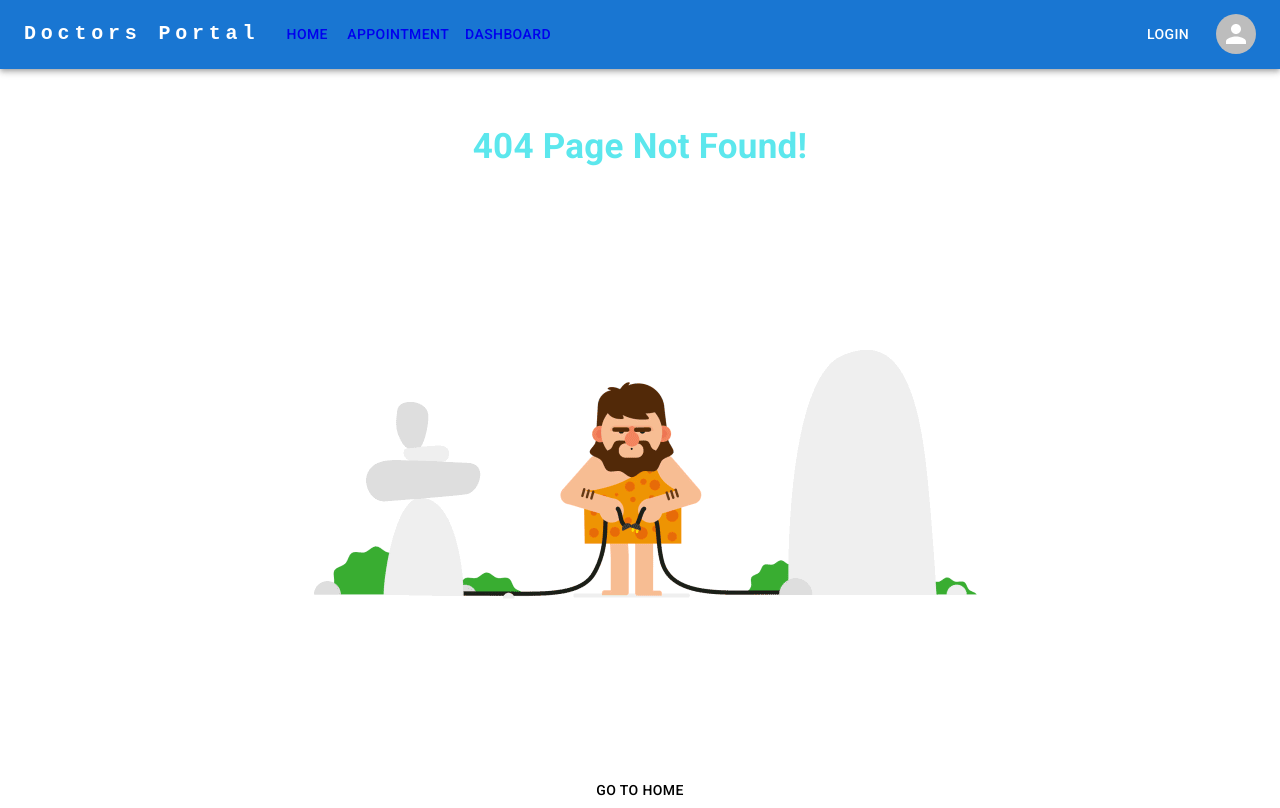
Repository: Sharif-00112/doctors-portal-client
Page: /checkUp
An editor plug-in stored every save of this project. The page is shown before and after the next save, followed by the edit.
The browser window is 1280 px wide. The pictures show the whole page.
The page's requests for data from a server got no answer. The project was rebuilt for these pictures with package versions that can differ from the ones it lists, and the page was loaded fresh each time. No one was signed in, and anything a server would have sent is missing. Also part of the build but not shown: src/Pages/Shared/Footer/Footer.js, src/Pages/Home/AppointmentBanner/AppointmentBanner.js, src/Pages/Home/Banner/Banner.js, src/Pages/Home/Contact/Contact.js, src/Pages/Home/Service/Service.js, src/Pages/Home/Services/Services.js, src/Pages/Home/Story/Story.js, src/Pages/Home/Home/Home.js and 16 more. Imported but missing from the stored project, and not drawn on this page: src/hooks/useTitle.

Above is the page before, as saved 2022-11-25 20:27:36.

### public/index.html
<!DOCTYPE html>
<html lang="en">
  <head>
    <meta charset="utf-8" />
    <link rel="icon" href="%PUBLIC_URL%/favicon.ico" />
    <meta name="viewport" content="width=device-width, initial-scale=1" />
    <meta name="theme-color" content="#000000" />
    <meta
      name="description"
      content="Web site created using create-react-app"
    />
    <link
      rel="stylesheet" href="https://fonts.googleapis.com/css?family=Roboto:300,400,500,700&display=swap"
    />

    <link rel="apple-touch-icon" href="%PUBLIC_URL%/logo192.png" />
    <!--
      manifest.json provides metadata used when your web app is installed on a
      user's mobile device or desktop. See https://developers.google.com/web/fundamentals/web-app-manifest/
    -->
    <link rel="manifest" href="%PUBLIC_URL%/manifest.json" />
    <!--
      Notice the use of %PUBLIC_URL% in the tags above.
      It will be replaced with the URL of the `public` folder during the build.
      Only files inside the `public` folder can be referenced from the HTML.

      Unlike "/favicon.ico" or "favicon.ico", "%PUBLIC_URL%/favicon.ico" will
      work correctly both with client-side routing and a non-root public URL.
      Learn how to configure a non-root public URL by running `npm run build`.
    -->
    <title>React App</title>
  </head>
  <body>
    <noscript>You need to enable JavaScript to run this app.</noscript>
    <div id="root"></div>
    <!--
      This HTML file is a template.
      If you open it directly in the browser, you will see an empty page.

      You can add webfonts, meta tags, or analytics to this file.
      The build step will place the bundled scripts into the <body> tag.

      To begin the development, run `npm start` or `yarn start`.
      To create a production bundle, use `npm run build` or `yarn build`.
    -->
  </body>
</html>

### src/App.js
import './App.css';
import { BrowserRouter as Router, Route, Routes} from 'react-router-dom';
import Home from './Pages/Home/Home/Home';
import Appointment from './Pages/Appointment/Appointment/Appointment';
import Login from './Pages/Login/Login/Login';
import Register from './Pages/Login/Register/Register';
import AuthProvider from './contexts/AuthProvider/AuthProvider';
import PrivateRoute from './Pages/Login/PrivateRoute/PrivateRoute';
import NotFound from './Pages/NotFound/NotFound';
import Dashboard from './Pages/Dashboard/Dashboard/Dashboard';
import ResponsiveNavigation from './Pages/Shared/Navigation/ResponsiveNavigation';
// import Footer from './Pages/Shared/Footer/Footer';

function App() {
  return (
    <div className="App">
      <AuthProvider>
        <Router>
          {/* <Header></Header> */}
          <ResponsiveNavigation></ResponsiveNavigation>
          <Routes>
            <Route exact path = '/' element={<Home/>}/>
            <Route exact path = '/home' element={<Home/>}/>
            <Route exact path = '/login' element={<Login/>}/>
            <Route exact path = '/register' element={<Register/>}/>
            <Route exact path = '/appointment' element = {
              <PrivateRoute>
                <Appointment></Appointment>
              </PrivateRoute>
            }> </Route>
            <Route path = 'dashboard/*' element = {
              <PrivateRoute>
                <Dashboard></Dashboard>
              </PrivateRoute>
            }> </Route>
            <Route path = '*' element={<NotFound/>}/>
          </Routes>
          {/* <Footer></Footer>  */}
        </Router>
      </AuthProvider>
    </div>
  );
}

export default App;

### src/contexts/AuthProvider/AuthProvider.js
import React from 'react';
import { createContext } from 'react';
import useFirebase from '../../hooks/useFirebase';

//step-1-context
export const AuthContext = createContext();

const AuthProvider = (props) => {
    //step-3-context
    const {children} = props;

    //step-5-context
    const allContexts = useFirebase();

    return (
        //step-2-context
        <AuthContext.Provider value={allContexts}>
            {children}
        </AuthContext.Provider>
    );
};

export default AuthProvider;

### src/Pages/NotFound/NotFound.js
import React from 'react';
import Typography from '@mui/material/Typography';
import { NavLink } from 'react-router-dom';
import { Button } from '@mui/material';
import errorIMG from '../../images/images/dribbble_1.gif'

const NotFound = () => {
    return (
        <div>
            <Typography sx={{ mt:7, fontSize: 35, fontWeight: 600 }} style={{color: '#5CE7ED'}} variant="h4" component="div">
                404 Page Not Found!
            </Typography>
            <img src={errorIMG} alt="404 Page Not Found!" />
            <br />
            <NavLink
                // style={{ textDecoration:'none'}}
                to='/'>
                <Button sx={{ color: 'black' }}>
                    Go to Home
                </Button>
            </NavLink>
        </div>
    );
};

export default NotFound;

### src/Pages/Shared/Navigation/ResponsiveNavigation.js
import React from 'react';
import AppBar from '@mui/material/AppBar';
import Box from '@mui/material/Box';
import Toolbar from '@mui/material/Toolbar';
import IconButton from '@mui/material/IconButton';
import Typography from '@mui/material/Typography';
import Menu from '@mui/material/Menu';
import MenuIcon from '@mui/icons-material/Menu';
import Container from '@mui/material/Container';
import Avatar from '@mui/material/Avatar';
import Button from '@mui/material/Button';
import Tooltip from '@mui/material/Tooltip';
import MenuItem from '@mui/material/MenuItem';
import { Link, NavLink } from 'react-router-dom';
// import AdbIcon from '@mui/icons-material/Adb';
import useAuth from '../../../hooks/useAuth';

const pages = [
    <Link
        // style={{ textDecoration:'none', color:'white' }}
        style={{ textDecoration:'none' }}
        to = '/home'>
        {/* <Button color="inherit">Appointment</Button> */}
        Home
    </Link>,
    // 'Products',
    // 'Pricing',
    // 'Blog',
    <Link
        // style={{ textDecoration:'none', color:'white' }}
        style={{ textDecoration:'none' }}
        to = '/appointment'>
        {/* <Button color="inherit">Appointment</Button> */}
        Appointment
    </Link>,
    <Link
        // style={{ textDecoration:'none', color:'white' }}
        style={{ textDecoration:'none' }}
        to = '/dashboard'>
        {/* <Button color="inherit">Appointment</Button> */}
        Dashboard
    </Link>
];
const settings = [
    // 'Profile',
    <Link
        // style={{ textDecoration:'none', color:'white' }}
        style={{ textDecoration:'none' }}
        to = '/login'>
        {/* <Button color="inherit">Appointment</Button> */}
        Profile
    </Link>,
    <Link
        // style={{ textDecoration:'none', color:'white' }}
        style={{ textDecoration:'none' }}
        to = '/dashboard'>
        {/* <Button color="inherit">Appointment</Button> */}
        Dashboard
    </Link>,
    // 'Account',
    // 'Dashboard'
];

const ResponsiveNavigation = () => {
    const { user, logout } = useAuth();

    const [anchorElNav, setAnchorElNav] = React.useState(null);
    const [anchorElUser, setAnchorElUser] = React.useState(null);

    const handleOpenNavMenu = (event) => {
      setAnchorElNav(event.currentTarget);
    };
    const handleOpenUserMenu = (event) => {
      setAnchorElUser(event.currentTarget);
    };

    const handleCloseNavMenu = () => {
      setAnchorElNav(null);
    };

    const handleCloseUserMenu = () => {
      setAnchorElUser(null);
    };

    return (
        <div>
            <AppBar position="static">
                <Container maxWidth="xl">
                    <Toolbar disableGutters>
                    {/* <AdbIcon sx={{ display: { xs: 'none', md: 'flex' }, mr: 1 }} /> */}
                    <Typography
                        variant="h6"
                        noWrap
                        component="a"
                        href="/"
                        sx={{
                        mr: 2,
                        display: { xs: 'none', md: 'flex' },
                        fontFamily: 'monospace',
                        fontWeight: 700,
                        letterSpacing: '.3rem',
                        color: 'inherit',
                        textDecoration: 'none',
                        }}
                    >
                        Doctors Portal
                    </Typography>

                    <Box sx={{ flexGrow: 1, display: { xs: 'flex', md: 'none' } }}>
                        <IconButton
                        size="large"
                        aria-label="account of current user"
                        aria-controls="menu-appbar"
                        aria-haspopup="true"
                        onClick={handleOpenNavMenu}
                        color="inherit"
                        >
                        <MenuIcon />
                        </IconButton>
                        <Menu
                        id="menu-appbar"
                        anchorEl={anchorElNav}
                        anchorOrigin={{
                            vertical: 'bottom',
                            horizontal: 'left',
                        }}
                        keepMounted
                        transformOrigin={{
                            vertical: 'top',
                            horizontal: 'left',
                        }}
                        open={Boolean(anchorElNav)}
                        onClose={handleCloseNavMenu}
                        sx={{
                            display: { xs: 'block', md: 'none' },
                        }}
                        >
                        {pages.map((page) => (
                            <MenuItem key={page} onClick={handleCloseNavMenu}>
                            <Typography textAlign="center">{page}</Typography>
                            </MenuItem>
                        ))}
                        </Menu>
                    </Box>
                    {/* <AdbIcon sx={{ display: { xs: 'flex', md: 'none' }, mr: 1 }} /> */}
                    <Typography
                        variant="h5"
                        noWrap
                        component="a"
                        href=""
                        sx={{
                        mr: 2,
                        display: { xs: 'flex', md: 'none' },
                        flexGrow: 1,
                        fontFamily: 'monospace',
                        fontWeight: 700,
                        letterSpacing: '.3rem',
                        color: 'inherit',
                        textDecoration: 'none',
                        }}
                    >
                        Doctors Portal
                    </Typography>
                    <Box sx={{ flexGrow: 1, display: { xs: 'none', md: 'flex', color:'gray' } }}>
                        {pages.map((page) => (
                        <Button
                            key={page}
                            onClick={handleCloseNavMenu}
                            sx={{ my: 2, color: 'white', display: 'block' }}
                        >
                            {page}
                        </Button>
                        ))}
                    </Box>

                    {
                        user?.email ?
                        <NavLink
                            style={{ textDecoration:'none', color:'white' }}
                            to = '/login'>
                            <Button sx={{ mx:2 }} onClick={logout} color="inherit">Logout</Button>
                        </NavLink>
                        :
                        <NavLink
                            style={{ textDecoration:'none', color:'white' }}
                            to = '/login'>
                            <Button sx={{ mx:2 }} color="inherit">Login</Button>
                        </NavLink>
                    }

                    <Box sx={{ flexGrow: 0 }}>
                        <Tooltip title={user.email}>
                        <IconButton onClick={handleOpenUserMenu} sx={{ p: 0 }}>
                            <Avatar alt={user.email} src={user.photoURL} />
                        </IconButton>
                        </Tooltip>
                        <Menu
                        sx={{ mt: '45px' }}
                        id="menu-appbar"
                        anchorEl={anchorElUser}
                        anchorOrigin={{
                            vertical: 'top',
                            horizontal: 'right',
                        }}
                        keepMounted
                        transformOrigin={{
                            vertical: 'top',
                            horizontal: 'right',
                        }}
                        open={Boolean(anchorElUser)}
                        onClose={handleCloseUserMenu}
                        >
                        {settings.map((setting) => (
                            <MenuItem key={setting} onClick={handleCloseUserMenu}>
                            <Typography textAlign="center">{setting}</Typography>
                            </MenuItem>
                        ))}
                        </Menu>
                    </Box>
                    </Toolbar>
                </Container>
            </AppBar>
        </div>
    );
};

export default ResponsiveNavigation;

### src/hooks/useAuth.js
//step-6-context

import { useContext } from "react"
import { AuthContext } from "../../src/contexts/AuthProvider/AuthProvider"

const useAuth = () =>{
    return useContext(AuthContext);
}

export default useAuth;

### src/hooks/useFirebase.js
import { useState } from "react";
import initializeAuthentication from "../Pages/Login/Firebase/firebase.initialize";
import { getAuth, signInWithPopup, GoogleAuthProvider, onAuthStateChanged, signOut, FacebookAuthProvider, createUserWithEmailAndPassword, signInWithEmailAndPassword, sendPasswordResetEmail, updatePassword, sendEmailVerification, updateProfile, getIdToken } from "firebase/auth";
import { useEffect } from "react";

initializeAuthentication();

const useFirebase = () =>{
    const [user, setUser] = useState({});
    const [error, setError] = useState('');
    const [name, setName] = useState('');
    const [email, setEmail] = useState('');
    const [password, setPassword] = useState('');
    const [isLoading, setIsLoading] = useState(true);
    const [admin, setAdmin] = useState(false);
    const [token, setToken] = useState('');

    const googleProvider = new GoogleAuthProvider();
    // const gitProvider = new GithubAuthProvider();
    const facebookProvider = new FacebookAuthProvider();
    const auth = getAuth();

    const signInUsingGoogle = () =>{
      setIsLoading(true);
      signInWithPopup(auth, googleProvider)
      .then((result) => {
          // This gives you a Google Access Token. You can use it to access the Google API.
          // const credential = GoogleAuthProvider.credentialFromResult(result);
          // const token = credential.accessToken;
          // The signed-in user info.
          setUser(result.user);
          // save user to the database
          saveUserToDB(result.user.email, result.user.displayName, 'PUT');
      }).catch((error) => {
          // Handle Errors here.
          setError(error.code);
          setError(error.message);
          // The email of the user's account used.
          setError(error.customData.email);
          // The AuthCredential type that was used.
          setError(GoogleAuthProvider.credentialFromError(error));
      }).finally(() =>{
        setIsLoading(false);
      });
    };

    const signInUsingFacebook = () =>{
      setIsLoading(true);
      signInWithPopup(auth, facebookProvider)
      .then((result) => {
        // The signed-in user info.
        setUser(result.user);
        // save user to the database
        saveUserToDB(result.user.email, result.user.displayName, 'PUT');

        // This gives you a Facebook Access Token. You can use it to access the Facebook API.
        // const credential = FacebookAuthProvider.credentialFromResult(result);
        // const accessToken = credential.accessToken;
      })
      .catch((error) => {
        // Handle Errors here.
        setError(error.code);
        setError(error.message);
        // The email of the user's account used.
        setError(error.customData.email);
        // The AuthCredential type that was used.
        setError(FacebookAuthProvider.credentialFromError(error));
      }).finally(() =>{
        setIsLoading(false);
      });
    };

    const customLogin = (email, password) =>{
      setIsLoading(true);
      signInWithEmailAndPassword(auth, email, password)
      .then((userCredential) => {
        // Signed in
        setUser(userCredential.user);
        setError('');
      })
      .catch((error) => {
        setError(error.code);
        setError(error.message);
      })
      .finally(() => setIsLoading(false));
    };

    const customRegister = (email, password) =>{
      setIsLoading(true);
      createUserWithEmailAndPassword(auth, email, password)
      .then((userCredential) => {
        // Signed in
        // const user = userCredential.user;
        // console.log(user);
        setUser(userCredential.user);
        // save user to the database
        saveUserToDB(userCredential.user.email, userCredential.user.displayName, 'POST')
        // clear error message
        setError('');
      })
      .catch((error) => {
        setError(error.code);
        setError(error.message);
      })
      .finally(() => setIsLoading(false));
    };

    const handleLoginSubmitBtn = e =>{
      e.preventDefault();
      // console.log(email, password);
      customLogin(email, password);
    }

    const handleRegisterSubmitBtn = e =>{
      e.preventDefault();
      // console.log(email, password);

      if(!/.{8,}/.test(password)){
        setError('Ensure password is of minimum length 8');
        return;
      }
      if(!/(?=.*[A-Z])/.test(password)){
        setError('Ensure password has minimum one uppercase letters');
        return;
      }
      if(!/(?=.*[!@#$%^&*()\-__+.])/.test(password)){
        setError('Ensure password has minimum one special case letter');
        return;
      }
      if(!/(?=.*[0-9])/.test(password)){
        setError('Ensure password has minimum one digits');
        return;
      }
      if(!/(?=.*[a-z])/.test(password)){
        setError('Ensure password has minimum one lowercase letters');
        return;
      }
      customRegister(email, password);
    }

    const handleNameChange = e =>{
      setName(e.target.value);
    }

    const handleEmailChange = e =>{
      setEmail(e.target.value);
    }

    const handlePasswordChange = e =>{
      setPassword(e.target.value);
    }

    const handleForgotPassword = () =>{
      sendPasswordResetEmail(auth, email)
      .then(() => {
        // Password reset email sent!
      })
      .catch((error) => {
        setError(error.code);
        setError(error.message);
      });
    }

    const handleChangePassword = () =>{
      const user = auth.currentUser;
      const newPassword = password;
      updatePassword(user, newPassword).then(() => {
        // Update successful.
      }).catch((error) => {
        setError(error.code);
        setError(error.message);
      });
    }

    const setUserName = () =>{
      updateProfile(auth.currentUser, {
        displayName: name
      }).then(() => {
        // Profile updated!
      }).catch((error) => {
        setError(error.code);
        setError(error.message);
      });
    }

    const verifyEmail = () =>{
      sendEmailVerification(auth.currentUser)
      .then(() => {
        // Email verification sent!
      }).catch((error) => {
        setError(error.code);
        setError(error.message);
      });
    }

    //observe user login change
    useEffect(()=>{
        const unsubscribe = onAuthStateChanged(auth, (user) => {
            if (user) {
              // User is signed in
              setUser(user);

              //JWT
              getIdToken(user)
              // .then(idToken => console.log(idToken))
              // .then(idToken => localStorage.setItem('idToken', idToken))
              .then(idToken => setToken(idToken))

            } else {
              // User is signed out
              setUser({});
            }
            setIsLoading(false);
          });
          return () => unsubscribe;
    },[auth]);

    // check Admin
    useEffect( () =>{
      fetch(`http://localhost:3005/users/${user.email}`)
      .then(res => res.json())
      .then(data => setAdmin(data.admin))
    } ,[user.email])

    const logout = () =>{
      setIsLoading(true);
      signOut(auth)
      .then(() => {
          // Sign-out successful.
          setUser({});
        }).catch((error) => {
          setError(error);
        }).finally(()=>{
          setIsLoading(false);
        });
    }

    const saveUserToDB = (email, displayName, method) =>{
      const user = {email, displayName};
      fetch('http://localhost:3005/users', {
          method: method,
          headers: {
              'content-type' : 'application/json'
          },
          body: JSON.stringify(user)
      })
      .then()
    }

    return {
      signInUsingGoogle,
      signInUsingFacebook,
      customLogin,
      customRegister,
      handleLoginSubmitBtn,
      handleRegisterSubmitBtn,
      handleNameChange,
      handleEmailChange,
      handlePasswordChange,
      handleForgotPassword,
      handleChangePassword,
      verifyEmail,
      setUserName,
      logout,
      user,
      admin,
      error,
      isLoading,
      token
    };
}

export default useFirebase;

### src/Pages/Login/Firebase/firebase.initialize.js
import { initializeApp } from "firebase/app";
import firebaseConfig from "./firebase.config";

const initializeAuthentication = () =>{
    initializeApp(firebaseConfig);
}

export default initializeAuthentication;

### src/Pages/Login/Firebase/firebase.config.js
// console.log(process.env);

const firebaseConfig = {
  apiKey: process.env.REACT_APP_FIREBASE_API_KEY,
  authDomain: process.env.REACT_APP_FIREBASE_AUTH_DOMAIN,
  projectId: process.env.REACT_APP_FIREBASE_PROJECT_ID,
  storageBucket: process.env.REACT_APP_FIREBASE_STORAGE_BUCKET,
  messagingSenderId: process.env.REACT_APP_FIREBASE_MESSAGING_SENDER_ID,
  appId: process.env.REACT_APP_FIREBASE_APP_ID,
  measurementId: process.env.REACT_APP_FIREBASE_MEASUREMENT_ID
};

export default firebaseConfig;

// .env.local
// REACT_APP_FIREBASE_API_KEY=AIzaSyCENU3GB_9S_0atKuxThVeipx-DW0iqgW0
// REACT_APP_FIREBASE_AUTH_DOMAIN=doctors-portal-00112.firebaseapp.com
// REACT_APP_FIREBASE_PROJECT_ID=doctors-portal-00112
// REACT_APP_FIREBASE_STORAGE_BUCKET=doctors-portal-00112.appspot.com
// REACT_APP_FIREBASE_MESSAGING_SENDER_ID=392940465552
// REACT_APP_FIREBASE_APP_ID=1:392940465552:web:273b27a817caf3ceaf9715
// REACT_APP_FIREBASE_MEASUREMENT_ID=G-SJ34R75ZFB

Loaded but not shown: src/index.js (common file); src/index.css (common file); src/reportWebVitals.js (common file); src/App.css (common file)

After the next save:
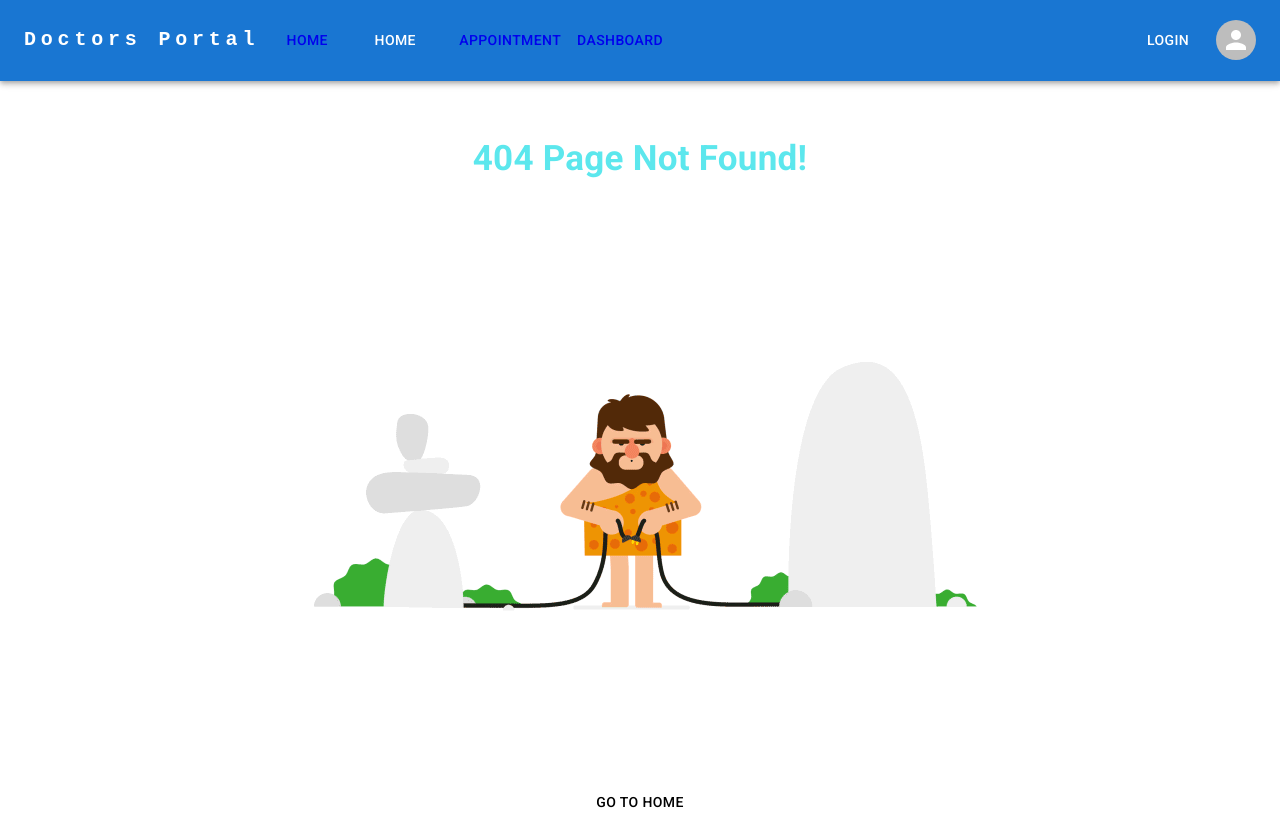
Saved 83 s later.
--- a/src/Pages/Shared/Navigation/ResponsiveNavigation.js
+++ b/src/Pages/Shared/Navigation/ResponsiveNavigation.js
@@ -22,6 +22,11 @@ const pages = [
         to = '/home'>
         {/* <Button color="inherit">Appointment</Button> */}
         Home
+    </Link>,
+    <Link
+        style={{ textDecoration:'none', color:'white' }}
+        to = '/home'>
+        <Button sx={{mx:2}} color="inherit">Home</Button>
     </Link>,
     // 'Products',
     // 'Pricing',
